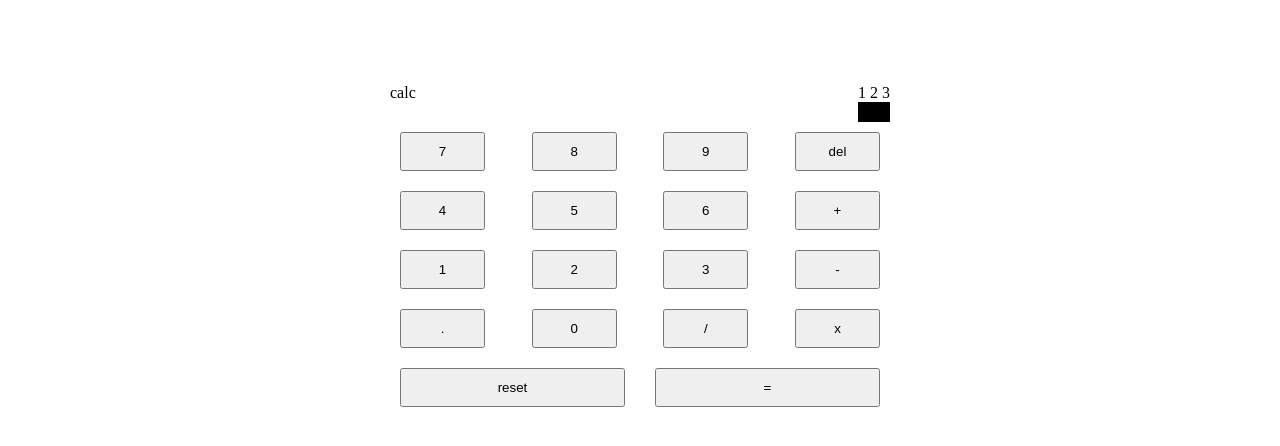
Repository: Eugene44-hub/basic-calculator
Page: index.html
An editor plug-in stored every save of this project. The page is shown before and after a run of saves, followed by the edit.
The browser window is 1280 px wide. The pictures show the whole page.

Above is the page before, as saved 2021-10-01 14:21:24.
Console error: SyntaxError: Unexpected end of input

After the next 2 saves:
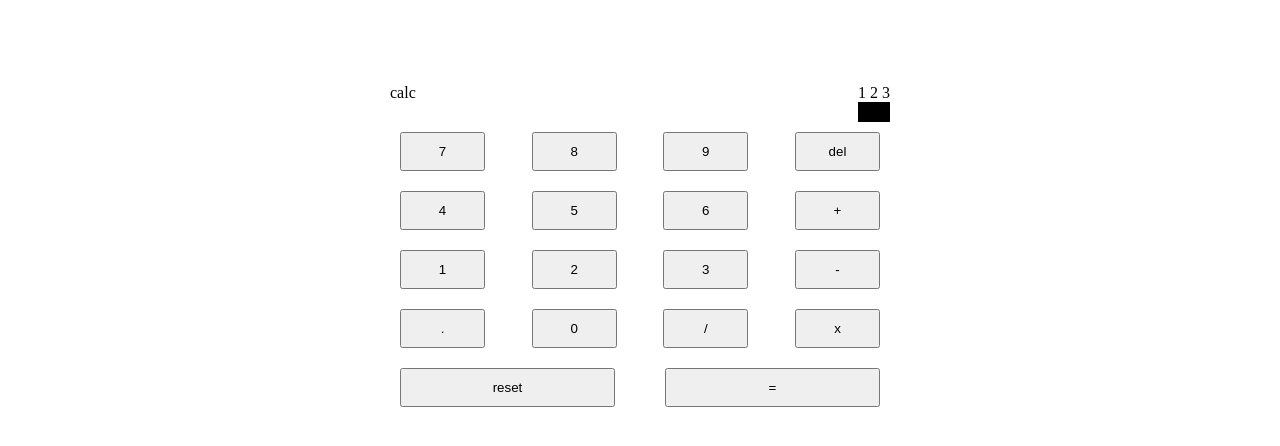
The 2 saves are shown as one change because they came seconds apart.
The last was saved 5 s later.
--- a/style.css
+++ b/style.css
@@ -41,5 +41,5 @@ button {
 
 #reset-button,
 #equals-button {
-    flex-basis: 45%
+    flex-basis: 43%
 }
